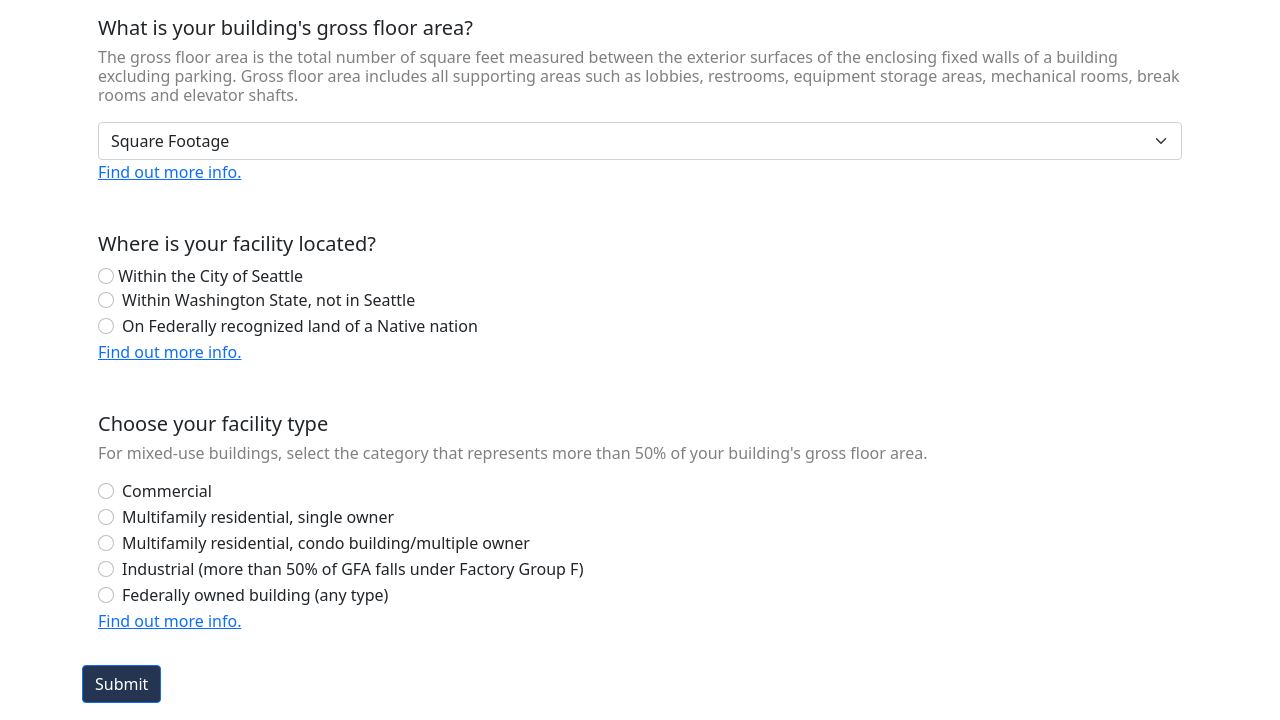
Repository: ChaidGPT/SershonSystemsQuiz
Page: index.html
These files come from the project's save history. The page is drawn as it stood at one moment and after the next save; the edit follows.
The browser window is 1280 px wide. The pictures show the whole page.

Above is the page before, as saved 2023-07-07 15:48:26.

After the next save:
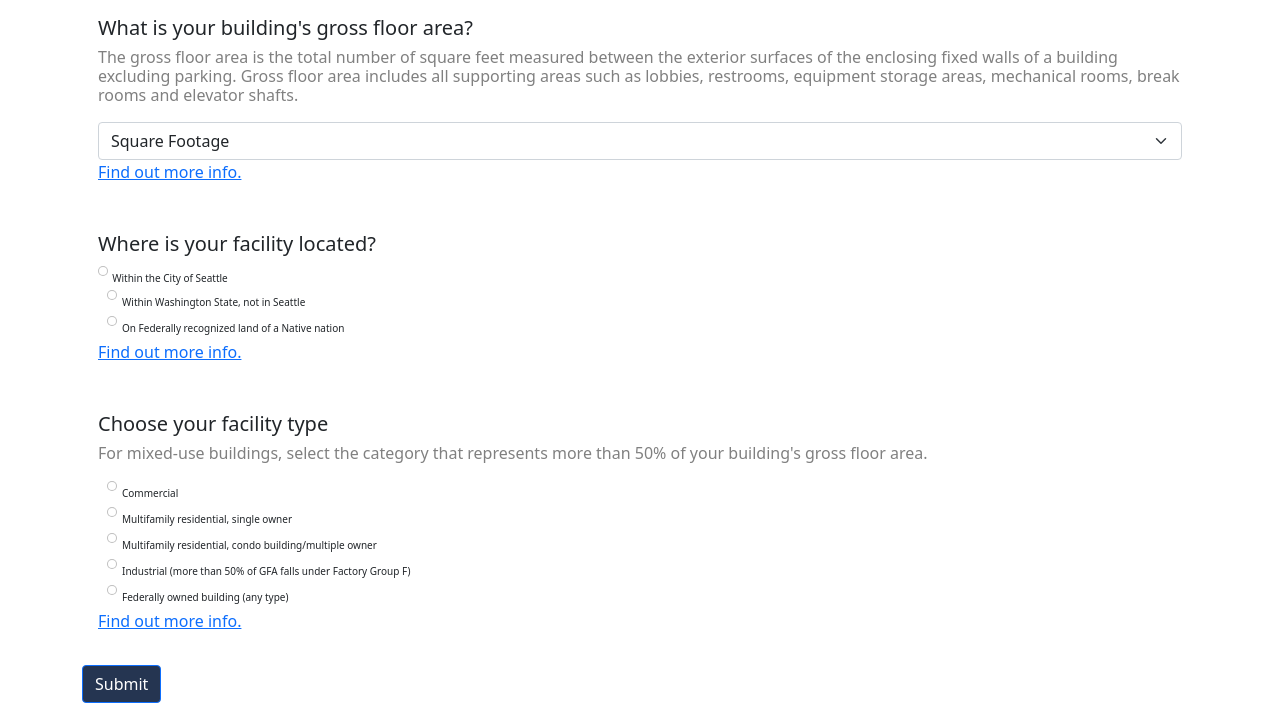
Saved 55 s later.
--- a/index.html
+++ b/index.html
@@ -29,6 +29,14 @@
 		color: gray;
 		line-height: 1.2;
 	}
+
+	.form-check-input[type="radio"] {
+        font-size: 10px;
+    }
+
+    .form-check-label {
+        font-size: 10px;
+    }
 	</style>
 </head>
 
